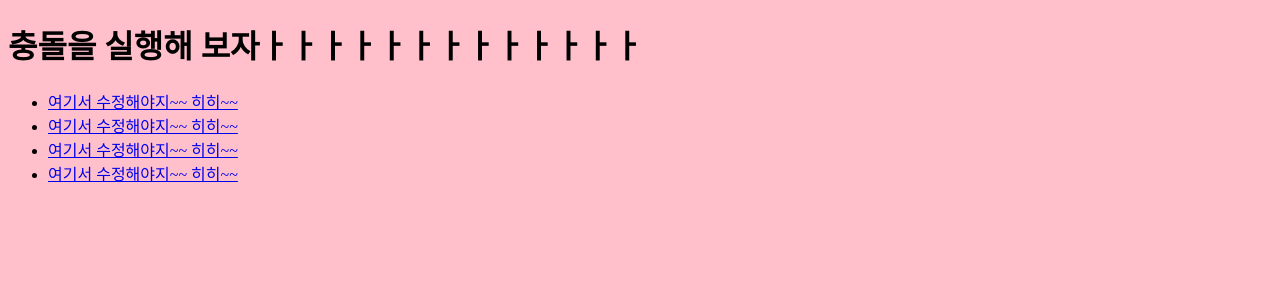
Repository: seonyoungg/pratice-tstory
Page: index.html
An editor plug-in stored every save of this project. The page is shown before and after the next save, followed by the edit.
The browser window is 1280 px wide. The pictures show the whole page.
Some web fonts or font styles are not loaded; a fallback is used.

Above is the page before, as saved 2025-03-11 22:56:18.
Not found: src/common/a11y.css
Not found: src/common/base.css
Not found: src/common/modern-reset.css

### index.html
<!DOCTYPE html>
<html lang="ko-KR">
  <head>
    <meta charset="UTF-8" />
    <meta name="viewport" content="width=device-width, initial-scale=1.0" />
    <title>Document</title>
    <link
      rel="shortcut icon"
      href="/src/assets/favicon/likelion.ico"
      type="image/x-icon"
    />
    <link rel="icon" href="/src/assets/favicon/likelion.svg" />
    <link
      rel="stylesheet"
      as="style"
      crossorigin
      href="https://cdn.jsdelivr.net/gh/orioncactus/pretendard@v1.3.9/dist/web/static/pretendard.min.css"
    />
    <link
      rel="stylesheet"
      as="style"
      href="https://cdn.jsdelivr.net/gh/sun-typeface/SUIT@2/fonts/static/woff2/SUIT.css"
    />
    <link rel="stylesheet" href="./index.css" />
  </head>
  <body>
    <h1>충돌을 실행해 보자ㅏㅏㅏㅏㅏㅏㅏㅏㅏㅏㅏㅏㅏ</h1>
    <ul>
      <li><a href="./subpage.html">여기서 수정해야지~~ 히히~~</a></li>
      <li><a href="./subpage.html">여기서 수정해야지~~ 히히~~</a></li>
      <li><a href="./subpage.html">여기서 수정해야지~~ 히히~~</a></li>
      <li><a href="./subpage.html">여기서 수정해야지~~ 히히~~</a></li>
    </ul>
  </body>
</html>

### index.css
@import "/src/common/modern-reset.css";
@import "/src/common/theme.css";
@import "/src/common/a11y.css";
@import "/src/common/base.css";
body {
  background: pink;
}

After the next save:
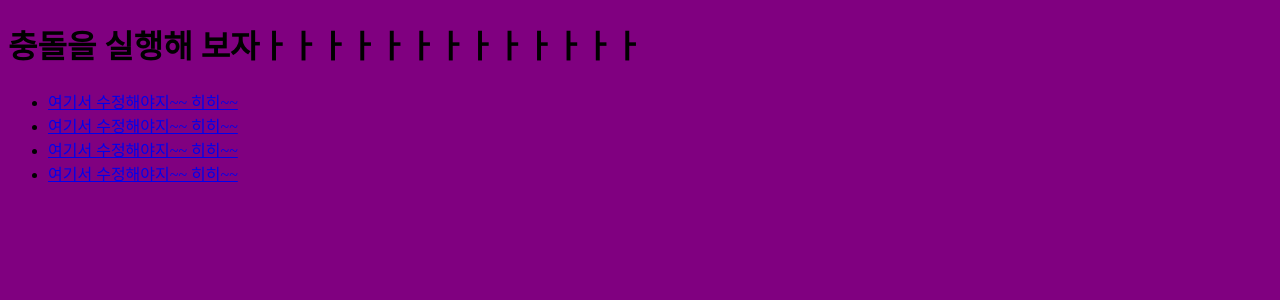
Saved 5 min 30 s later.
--- a/index.css
+++ b/index.css
@@ -3,5 +3,5 @@
 @import "/src/common/a11y.css";
 @import "/src/common/base.css";
 body {
-  background: pink;
+  background: purple;
 }
